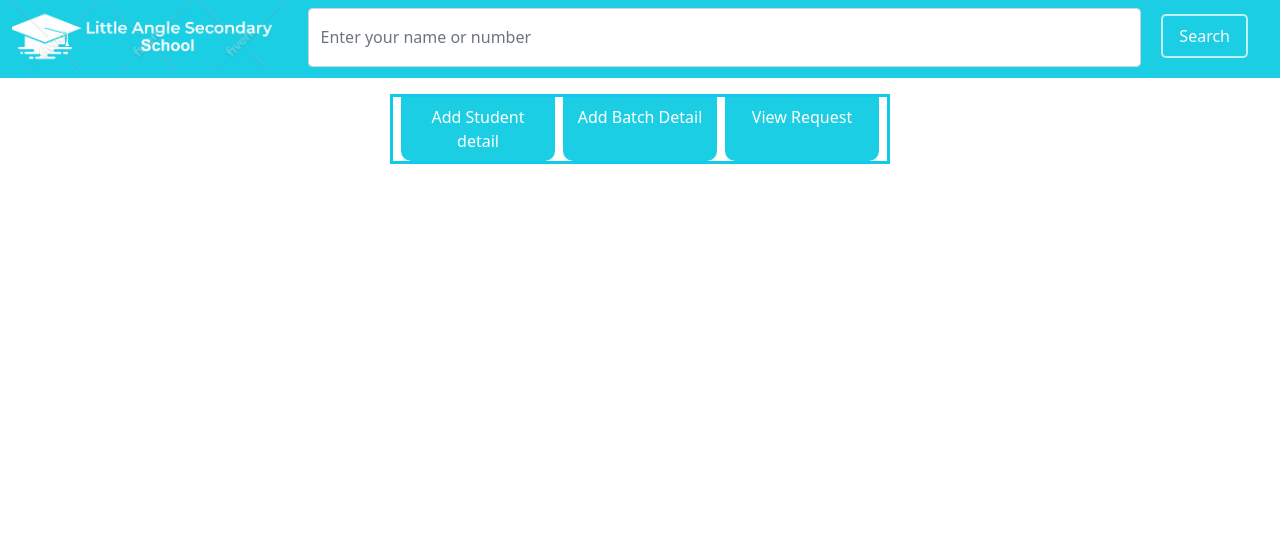
Repository: Sjuicyy/School-Project
Page: home2.html
An editor plug-in stored every save of this project. The page is shown before and after a run of saves, followed by the edit.
The browser window is 1280 px wide. The pictures show the whole page.

Above is the page before, as saved 2022-09-18 09:23:32.

### home2.html
<!doctype html>
<html lang="en">

<head>
    <!-- Required meta tags -->
    <meta charset="utf-8">
    <meta name="viewport" content="width=device-width, initial-scale=1">

    <!-- Bootstrap CSS -->
    <link href="https://cdn.jsdelivr.net/npm/bootstrap@5.0.2/dist/css/bootstrap.min.css" rel="stylesheet"
        integrity="sha384-EVSTQN3/azprG1Anm3QDgpJLIm9Nao0Yz1ztcQTwFspd3yD65VohhpuuCOmLASjC" crossorigin="anonymous">

    <link rel="stylesheet" href="https://cdnjs.cloudflare.com/ajax/libs/font-awesome/4.7.0/css/font-awesome.min.css">


    <style>
        .row0 div {
            width: auto;
            display: flex;
        }

        .img {
            height: 70px;
            width: 100%;
        }


        .btn1:hover {
            background-color: rgb(38, 178, 196);
        }

        .action {
            width: 170px;
            height: 1000px;
            border-right: 2px solid rgb(38, 178, 196);
            overflow: hidden;
        }

        .action a {
            color: rgb(38, 178, 196);
            padding: 5px;
            display: flex;
            width: 140px;
            margin-top: 10px;
            margin-left: 5px;
            text-decoration: none;
            border: 1px solid rgb(38, 178, 196);
            border-radius: 3px;
        }

        .action p {
            float: left;
            color: rgb(14, 204, 233);
            font-size: x-large;
        }


        .modalfloat {
            border: 3px solid rgb(14, 204, 233);
            margin: auto;
            width: 500px;
        }

        .addbtn:hover {
            background-color: rgba(20, 192, 219, 0.576);
        }



        .footer {
            background-color: rgb(77, 219, 219);
            position: fixed;
            width: 100%;
            bottom: 0;
            height: 15%;
            overflow: AUTO;
            color: rgb(255, 255, 255);
            margin-left: -12px;
        }

        .footer::-webkit-scrollbar {
            display: none;
        }


        .fb {

            width: 160px
        }

        .fa {
            font-size: xx-large;
            padding: 4px;
            margin: 2px;
            width: 40px;
            text-decoration: none;
        }

        .fa-facebook {
            background: #3B5998;
            color: white;
        }

        .fa-twitter {
            background: #55ACEE;
            color: white;
        }

        .fa-google {
            background: #dd4b39;
            color: white;
        }

        .fa-youtube {
            background: #bb0000;
            color: white;
        }

        .fa-instagram {
            background: #125688;
            color: white;
        }

        .bd {
            border: 1px solid rgb(14, 204, 233);
        }

        .color {
            background-color: rgb(28, 206, 228);
        }

        .btn1 {
            margin: 20px;
            margin-top: 14px;
            border: 2px solid rgba(255, 255, 255, 0.715);
            border-radius: 5px;
        }

        a {
            text-decoration: none;
            color: white;
        }

        a:hover {
            color: rgb(10, 15, 57);
        }

        .action_border {
            border-bottom-right-radius: 10px;
            border-bottom-left-radius: 10px;
        }

        [id^=modal] {
            display: none;
        }

        #modal1:target {
            display: block;
        }

        #modal2:target {
            display: block;
        }
    </style>
    <title>Little Angle School</title>
</head>

<body>
    <!-- heading start -->
    <div class="container-fluid text-center">
        <div class="row row0 color">
            <div class="col-3">
                <a href="pages.html">
                    <img class="img" src="/school.png" alt="">
                </a>
            </div>
            <div class="col">
                <input class="form-control mt-2 h-75 " type="search" placeholder="Enter your name or number "
                    aria-label="Search">
                <button class="btn1 color  text-light px-3 p-2" type="submit">Search</button>
                </form>
            </div>
        </div>

        <!-- heading end -->

        <!-- modal body start -->

        <!-- action start  -->

        <form class="modalfloat mt-3">
            <div class="row mx-1 ">
                <div class="col p-2 mx-1 text-light color action_border"><a href="#modal1">Add Student detail</a></div>
                <div class="col p-2 mx-1 text-light color action_border"><a href="#modal2">Add Batch Detail</a></div>
                <div class="col p-2 mx-1 text-light color action_border"><a href="">View Request</a></div>
            </div>




            <!-- action end  -->


            <!-- modal 1 start  -->


            <div id="modal1">
                <div class="m-3">
                    <div>
                        <p class="h2 p-1 text-light color">Add Student name</p>
                    </div>
                    <div>
                        <label for="name" class="form-label float-start">ID</label>
                        <input type="number" class="form-control" name="Id" id="id">
                    </div>
                    <div class="col-12">
                        <label for="name" class="form-label float-start">Full Name</label>
                        <input type="text" class="form-control" id="name">
                    </div>
                    <div class="col-md-12">
                        <label for="class" class="form-label float-start">Class</label>
                        <input type="number" class="form-control" id="class">
                    </div>
                    <div class="col-md-12">
                        <label for="email" class="form-label float-start">Email</label>
                        <input type="email" class="form-control" id="email">
                    </div>
                    <div class="col-12">
                        <label for="gname" class="form-label float-start">Guardian Name</label>
                        <input type="text" class="form-control" id="guardianname">
                    </div>
                    <div class="col-12">
                        <label for="address" class="form-label float-start">Address</label>
                        <input type="text" class="form-control" id="inputAddress" placeholder="Lagankhel-5, Lalitpur">
                    </div>
                    <div class="col-1 mt-4">
                        <input type="file" id="photo" name="photo" accept="image/*">
                    </div>
                    <div class="col-md-6 mt-3">
                        <label for="dob" class="form-label float-start">Date of Birth</label>
                        <input type="date" class="form-control" id="dob">
                    </div>

                    <div class="col-12">
                        <div class="form-check">
                            <button type="submit" class="btn btn-primary col-12 mt-3 color addbtn p-2">Add</button>
                        </div>
                    </div>
                </div>
            </div>




            <!-- modal 1 end  -->



            <!-- modal2 start -->


            <div id="modal2">
                <div class="m-3">

                    <div>
                        <p class="h2 p-1 text-light color">Add Batch Detail</p>

                    </div>
                    <div class="col-12 ">
                        <label for="name" class="form-label float-start">ID</label>
                        <input type="number" class="form-control" id="id" placeholder="">
                    </div>
                    <div class="col-md-12">
                        <label for="name" class="form-label float-start">Full Name</label>
                        <input type="text" class="form-control" id="name">
                    </div>
                    <div class="col-md-12">
                        <label for="email" class="form-label float-start">Email</label>
                        <input type="email" class="form-control" id="email">
                    </div>
                    <div class="col-12">
                        <label for="gname" class="form-label float-start">Passed Year</label>
                        <input type="text" class="form-control" id="guardianname">
                    </div>
                    <div class="col-12">
                        <div class="form-check">
                            <button type="submit" class="btn btn-primary col-12 mt-3 color addbtn p-2">Add</button>
                        </div>
                    </div>
                </div>
            </div>


            <!-- modal 2 end -->

        </form>






        <!-- footer start -->


        <!-- <div class="footer">
            <div class="row ">
                <div class="col mx-2 mt-2" style="text-align:left"> <b>Little Angle-2022 © All Right Reserved</b> </div>
                <div class="col mx-2 mt-2" style="text-align:right">
                    <p> <b>Designed By :- SafaBajar InfoTech Pvt. Ltd.</b> </p>
                </div>
            </div>
            <div class="row mx-2">
                <div class="col-2  fb" style="text-align:left;margin-top:25px">Contact Us</div>
                <div class="col-2  fb" style="text-align:left;margin-top:25px">Privacy Policies</div>
                <div class="col-2  fb" style="text-align:left;margin-top:25px">Terms of Services</div>
                <div class="col  fb" style="text-align:left"></div>
                <div class="col-6 fb" style="text-align:center;width:300px">
                    <p style="margin-top: -10px;"> <b>Connect With Us:</b> </p>
                    <a href="https:/.facebook.com/search/top?q=safabazar%20private%20limited" class="fa fa-facebook"
                        style="text-align:center;margin-top:-10px"></a>
                    <a href="#" class="fa fa-twitter"></a>
                    <a href="#" class="fa fa-google"></a>
                    <a href="#" class="fa fa-youtube"></a>
                    <a href="#" class="fa fa-instagram"></a>
                </div>
            </div>

        </div> -->

    </div>

    </div>












    <!-- Optional JavaScript; choose one of the two! -->

    <!-- Option 1: Bootstrap Bundle with Popper -->
    <script src="https://cdn.jsdelivr.net/npm/bootstrap@5.0.2/dist/js/bootstrap.bundle.min.js"
        integrity="sha384-MrcW6ZMFYlzcLA8Nl+NtUVF0sA7MsXsP1UyJoMp4YLEuNSfAP+JcXn/tWtIaxVXM"
        crossorigin="anonymous"></script>

    <!-- Option 2: Separate Popper and Bootstrap JS -->
    <!--
    <script src="https://cdn.jsdelivr.net/npm/@popperjs/core@2.9.2/dist/umd/popper.min.js" integrity="sha384-IQsoLXl5PILFhosVNubq5LC7Qb9DXgDA9i+tQ8Zj3iwWAwPtgFTxbJ8NT4GN1R8p" crossorigin="anonymous"></script>
    <script src="https://cdn.jsdelivr.net/npm/bootstrap@5.0.2/dist/js/bootstrap.min.js" integrity="sha384-cVKIPhGWiC2Al4u+LWgxfKTRIcfu0JTxR+EQDz/bgldoEyl4H0zUF0QKbrJ0EcQF" crossorigin="anonymous"></script>
    -->
</body>

</html>

After the next 4 saves:
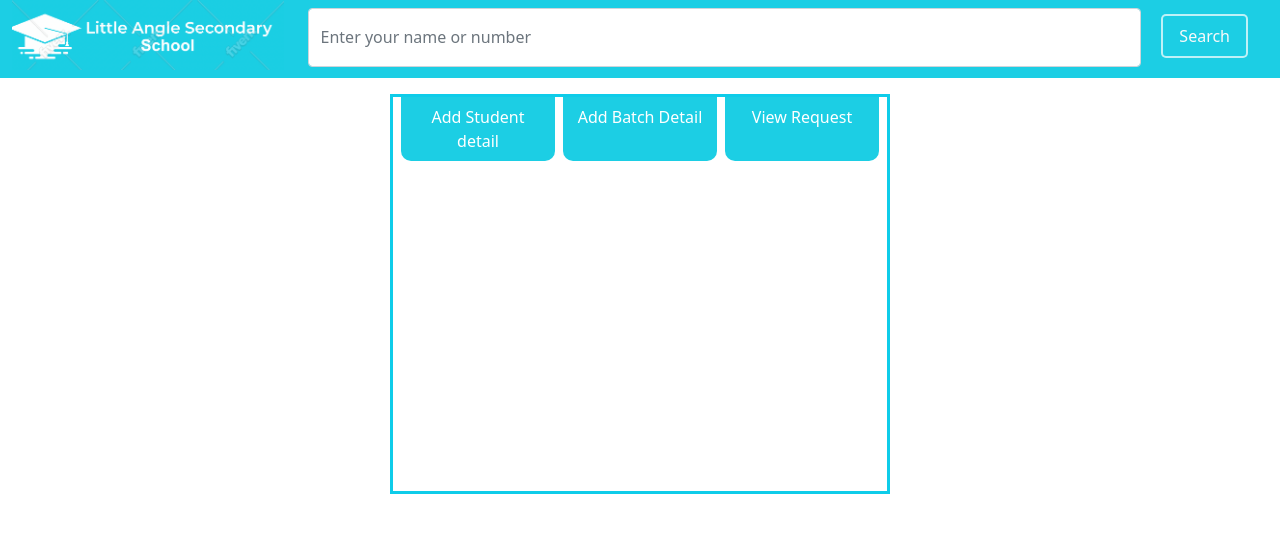
The 4 saves are shown as one change because they came seconds apart.
The last was saved 37 s later.
--- a/home2.html
+++ b/home2.html
@@ -59,6 +59,7 @@
             border: 3px solid rgb(14, 204, 233);
             margin: auto;
             width: 500px;
+            min-height: 400px;
         }
 
         .addbtn:hover {
